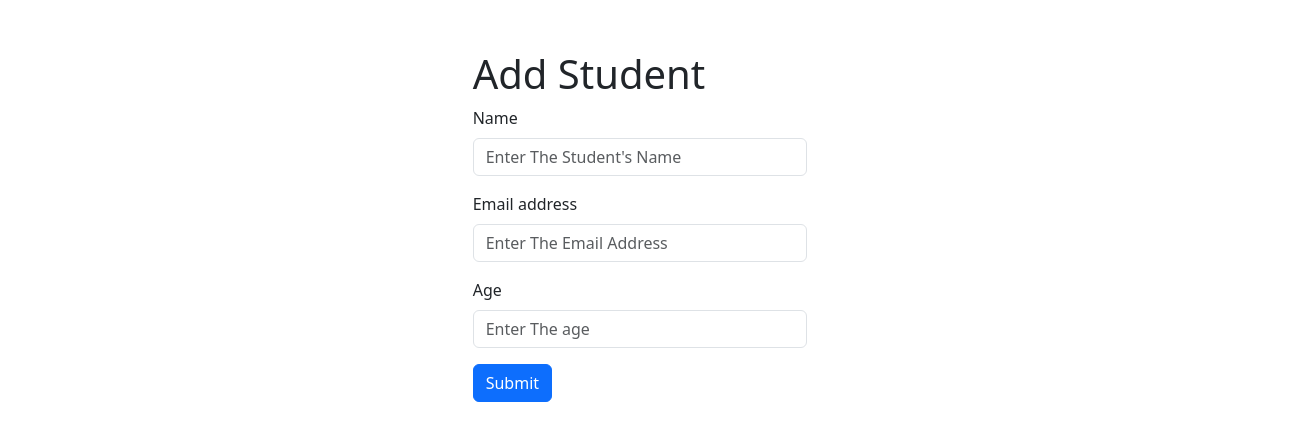
Repository: Manojs14/StudentManagementSystem
Page: http://localhost/Crud_form/
These files come from the project's save history. The page is drawn as it stood at one moment and after the next save; the edit follows.
The browser window is 1280 px wide. The page is 1292 px wide, then 1280 px, so the pictures cover 1292 px, including what lies to the right of the window. The pictures show the whole page.
Some web libraries are served in a nearby version. The page is served by Tomcat 9. Nobody is signed in. The application's start-up code is not run.

Above is the page before, as saved 2024-07-11 03:20:13.

After the next save:
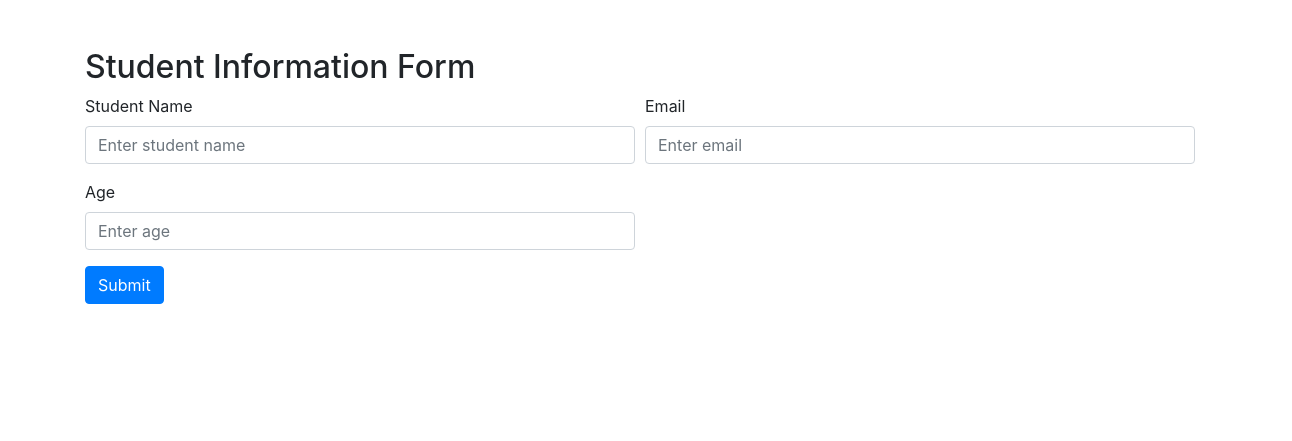
Saved 2 min 53 s later.
--- a/Crud_form/src/main/webapp/index.jsp
+++ b/Crud_form/src/main/webapp/index.jsp
@@ -1,37 +1,37 @@
-<%@ page language="java" contentType="text/html; charset=UTF-8"
-    pageEncoding="UTF-8"%>
 <!DOCTYPE html>
-<html>
+<html lang="en">
 <head>
-<meta charset="UTF-8">
-<title>The Form</title>
-<link href="https://cdn.jsdelivr.net/npm/bootstrap@5.3.2/dist/css/bootstrap.min.css" rel="stylesheet" integrity="sha384-T3c6CoIi6uLrA9TneNEoa7RxnatzjcDSCmG1MXxSR1GAsXEV/Dwwykc2MPK8M2HN" crossorigin="anonymous">
+    <meta charset="UTF-8">
+    <meta name="viewport" content="width=device-width, initial-scale=1.0">
+    <title>Responsive Student Form</title>
+    <link rel="stylesheet" href="https://stackpath.bootstrapcdn.com/bootstrap/4.5.2/css/bootstrap.min.css">
 </head>
 <body>
+    <div class="container">
+        <h2 class="mt-5">Student Information Form</h2>
+        <form>
+            <div class="form-row">
+                <div class="form-group col-md-6">
+                    <label for="studentName">Student Name</label>
+                    <input type="text" class="form-control" id="studentName" placeholder="Enter student name">
+                </div>
+                <div class="form-group col-md-6">
+                    <label for="studentEmail">Email</label>
+                    <input type="email" class="form-control" id="studentEmail" placeholder="Enter email">
+                </div>
+            </div>
+            <div class="form-row">
+                <div class="form-group col-md-6">
+                    <label for="studentAge">Age</label>
+                    <input type="number" class="form-control" id="studentAge" placeholder="Enter age">
+                </div>
+            </div>
+            <button type="submit" class="btn btn-primary">Submit</button>
+        </form>
+    </div>
 
- <div class="row">
-    <div class="col-4">
-    </div>
-    <div class="col-4" style="padding:50px">
-        <h1 style="">Add Student</h1>
-     <form action="signuphandler.jsp" method="post">
-  <div class="mb-3">
-    <label for="username" class="form-label">Name </label>
-    <input type="text" class="form-control" id="name1" name="name" aria-describedby="text" placeholder="Enter The Student's Name" required>
-  </div>
-   <div class="mb-3">
-    <label for="exampleInputEmail1" class="form-label">Email address</label>
-    <input type="email" class="form-control" name="email" required id="email1" aria-describedby="emailHelp" placeholder="Enter The Email Address" required>
-  </div>
-  <div class="mb-3">
-    <label for="number" class="form-label">Age</label>
-    <input type="number" class="form-control" name="age" required id="age" placeholder="Enter The age" required>
-  </div>
-  <button type="submit" class="btn btn-primary">Submit</button>
-</form>
-</div>
-</div>
- <script src="https://cdn.jsdelivr.net/npm/@popperjs/core@2.11.8/dist/umd/popper.min.js" integrity="sha384-I7E8VVD/ismYTF4hNIPjVp/Zjvgyol6VFvRkX/vR+Vc4jQkC+hVqc2pM8ODewa9r" crossorigin="anonymous"></script>
-<script src="https://cdn.jsdelivr.net/npm/bootstrap@5.3.2/dist/js/bootstrap.min.js" integrity="sha384-BBtl+eGJRgqQAUMxJ7pMwbEyER4l1g+O15P+16Ep7Q9Q+zqX6gSbd85u4mG4QzX+" crossorigin="anonymous"></script>
-
+    <script src="https://code.jquery.com/jquery-3.5.1.slim.min.js"></script>
+    <script src="https://cdn.jsdelivr.net/npm/@popperjs/core@2.5.4/dist/umd/popper.min.js"></script>
+    <script src="https://stackpath.bootstrapcdn.com/bootstrap/4.5.2/js/bootstrap.min.js"></script>
 </body>
+</html>
